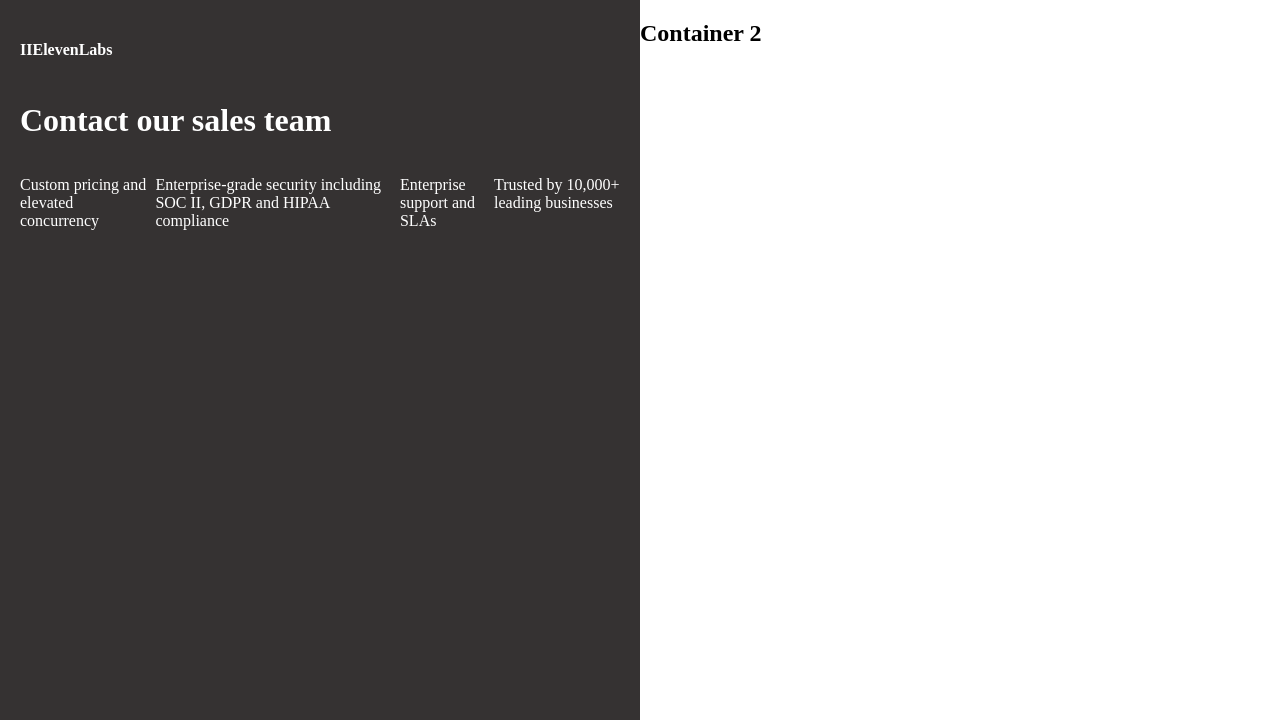
Repository: RohanSai22/harkirat-cohort-learnings
Page: Web/w1_a2.html
The author's editor kept a copy of each file at every save. The page is drawn from the files as they stood at one save, then again after the next save.
The browser window is 1280 px wide. The pictures show the whole page.

Above is the page before, as saved 2026-03-24 12:08:47.

### Web/w1_a2.html
<html>
    <head>
        <title>Eleven Labs : Sales Page </title>
    </head>
    <body style="margin:0; padding:0">
        <div style ="min-height: 100vh; display: flex;">
            <div style="flex:1;background-color: rgb(53, 50, 50); color: white">
                <div style="display:flex;justify-content: space-between; flex-direction: column; margin: 20px;">
                    <h4>IIElevenLabs</h4>
                    <h1>Contact our sales team</h1>
                    <div style="display: flex; justify-content: space-evenly;">
                        <p>Custom pricing and elevated concurrency</p>
                        <p>Enterprise-grade security including SOC II, GDPR and HIPAA compliance</p>
                        <p>Enterprise support and SLAs</p>
                        <p>Trusted by 10,000+ leading businesses</p>
                    </div>
                </div>
            </div>
            <div style="flex:1;background-color: white;">
                 <h2>Container 2</h2>
            </div>
        </div>
    </body>
</html>

After the next save:
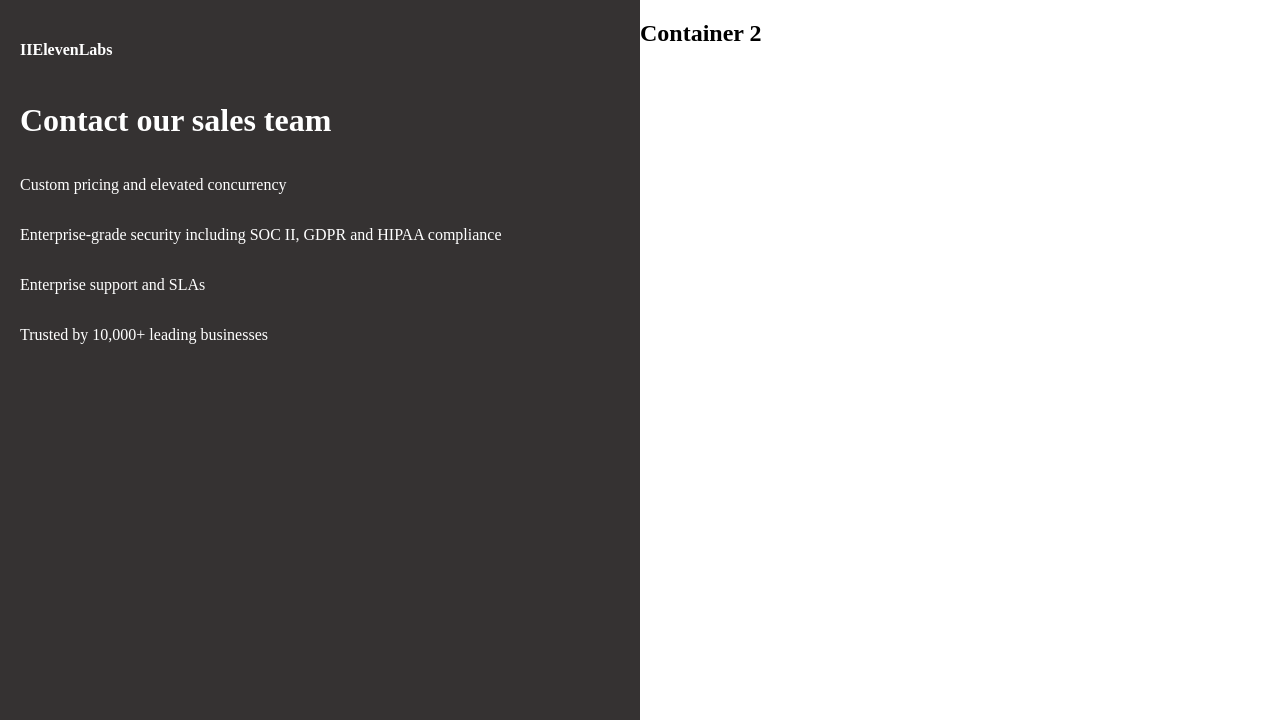
Saved 11 s later.
--- a/Web/w1_a2.html
+++ b/Web/w1_a2.html
@@ -8,7 +8,7 @@
                 <div style="display:flex;justify-content: space-between; flex-direction: column; margin: 20px;">
                     <h4>IIElevenLabs</h4>
                     <h1>Contact our sales team</h1>
-                    <div style="display: flex; justify-content: space-evenly;">
+                    <div style="display: flex; justify-content: space-evenly; flex-direction: column;">
                         <p>Custom pricing and elevated concurrency</p>
                         <p>Enterprise-grade security including SOC II, GDPR and HIPAA compliance</p>
                         <p>Enterprise support and SLAs</p>
